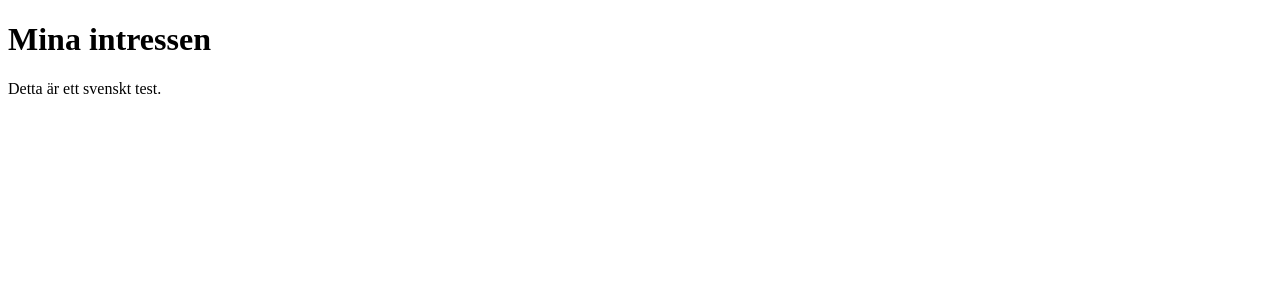
Repository: henriklideberg/labs
Page: index.html
The author's editor kept a record of every edit. The page is drawn from the files as they stood at one moment, then again after the next edit.
The browser window is 1280 px wide. The pictures show the whole page.

Above is the page before.

After the next edit:
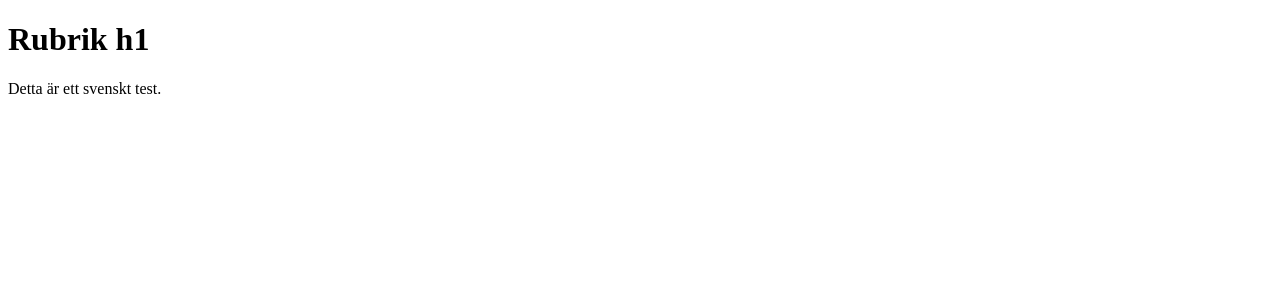
The edit:
--- a/index.html
+++ b/index.html
@@ -5,7 +5,7 @@
         <title>Min första sida</title>
     </head>
     <body>
-        <h1>Mina intressen</h1>
+        <h1>Rubrik h1</h1>
         <p>Detta är ett svenskt test.</p>
 
     </body>
